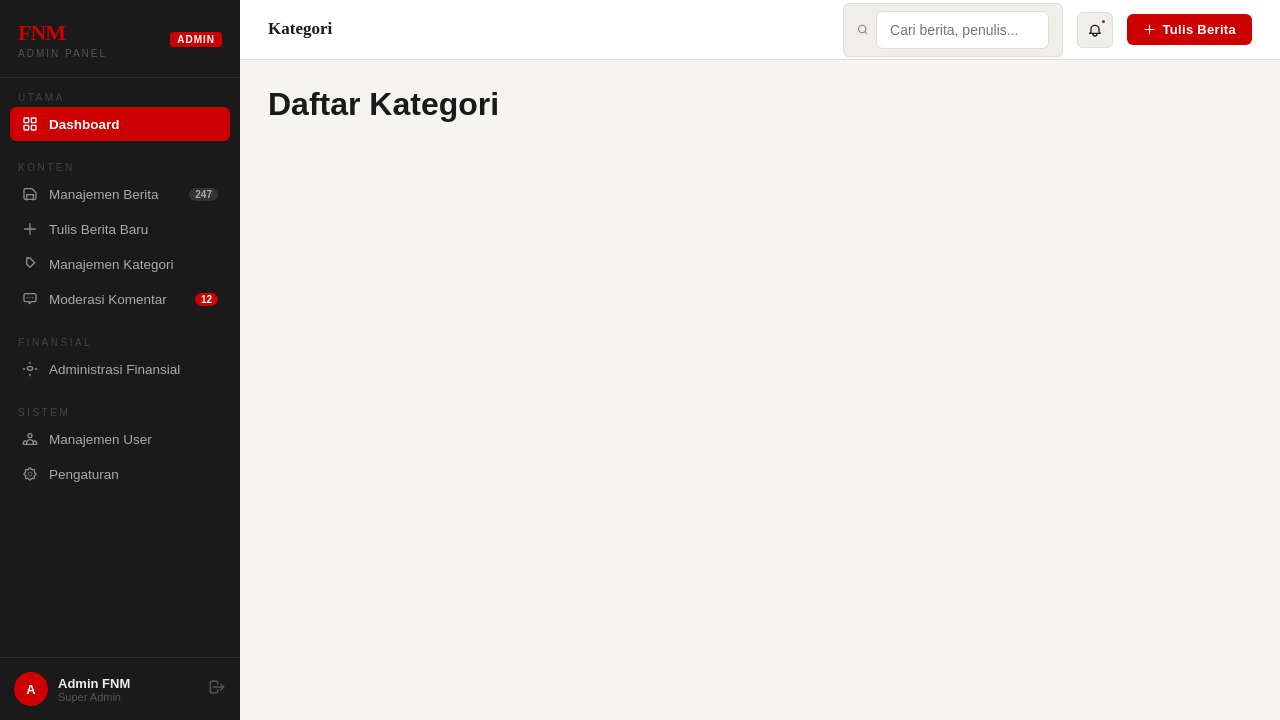
Repository: KrisnaKintaro/fnmtv
Page: http://localhost/admin/categories
These files come from the project's save history. The page is drawn as it stood at one moment and after the next save; the edit follows.
The browser window is 1280 px wide. The pictures show the whole page.
Some web fonts or font styles are not loaded; a fallback is used. The page is served by the project's Laravel application, run on PHP 8.4 with Laravel 12. Other server files are loaded and not shown.

Above is the page before, as saved 2026-03-10 23:43:35.

### routes/web.php
<?php

use Illuminate\Support\Facades\Route;
use App\Http\Controllers\AuthController;
use App\Http\Controllers\DashboardController;
use App\Http\Controllers\NewsController;
use App\Http\Controllers\HomeController;
use App\Http\Controllers\CategoryController;
use App\Http\Controllers\SearchController;
use App\Http\Controllers\AdminNews;
use App\Http\Controllers\AdminCategory;
use App\Http\Controllers\AdminComment;
use App\Http\Controllers\FinanceController;
use App\Http\Controllers\UserController;

// default route removed; home route defined later

// ============================================
// UC-01: LOGIN ADMIN
// ============================================
Route::get('/admin/login', [AuthController::class, 'showLogin'])
    ->name('admin.login')
    ->middleware('guest');

Route::post('/admin/login', [AuthController::class, 'login'])
    ->name('admin.login.post');

Route::post('/admin/logout', [AuthController::class, 'logout'])
    ->name('admin.logout')
    ->middleware('auth');

// ============================================
// ADMIN ROUTES (semua dilindungi auth + isAdmin)
// ============================================
Route::prefix('admin')
    ->name('admin.')
    // middleware removed for demo; add auth/isAdmin later
    ->group(function () {

        // shortcut /admin → dashboard
        Route::get('/', function(){ return redirect()->route('admin.dashboard'); });

        // UC-07: Dashboard Statistik
        Route::get('/dashboard', [DashboardController::class, 'index'])
            ->name('dashboard');

        // UC-02: Manajemen Berita
        Route::resource('news', AdminNews::class);

        // UC-04: Toggle status publikasi (Draft/Published)
        Route::patch('/news/{news}/toggle-status', [AdminNews::class, 'toggleStatus'])
            ->name('news.toggle-status');

        // UC-03: Manajemen Kategori
        Route::resource('categories', AdminCategory::class);

        // UC-06: Moderasi Komentar
        Route::resource('comments', AdminComment::class)->only(['index', 'destroy']);
        Route::patch('/comments/{comment}/approve', [AdminComment::class, 'approve'])
            ->name('comments.approve');

        // UC-05: Administrasi Finansial
        Route::resource('finance', FinanceController::class);
        Route::patch('/finance/{finance}/toggle-payment', [FinanceController::class, 'togglePayment'])
            ->name('finance.toggle-payment');

        // Manajemen User
        Route::resource('users', UserController::class);
    });

// ============================================
// VIEWER / PUBLIC ROUTES
// ============================================

// UC-08: Halaman utama - berita terbaru
Route::get('/', [HomeController::class, 'index'])->name('home');

// UC-09: Navigasi Kategori
Route::get('/kategori/{slug}', [CategoryController::class, 'show'])
    ->name('category.show');

// UC-10: Pencarian Berita
Route::get('/cari', [SearchController::class, 'index'])
    ->name('search');

// UC-11: Berita Trending
Route::get('/trending', [HomeController::class, 'trending'])
    ->name('trending');

// UC-14: Halaman detail berita (view counter dicatat di sini)
Route::get('/berita/{slug}', [NewsController::class, 'show'])
    ->name('news.show');

### app/Http/Controllers/AdminCategory.php
<?php

namespace App\Http\Controllers;

use Illuminate\Http\Request;

class AdminCategory extends Controller
{
    public function index() { return view('admin.categories.index'); }
    public function create() { return ""; }
    public function store(Request $r) { return redirect()->back(); }
    public function show($id) { return redirect()->route('admin.categories.index'); }
    public function edit($id) { return ""; }
    public function update(Request $r, $id) { return redirect()->back(); }
    public function destroy($id) { return redirect()->back(); }
}

### resources/views/admin/categories/index.blade.php
@extends('layouts.master')

@section('title','Manajemen Kategori')
@section('page_title','Kategori')

@section('content')
<div class="page active">
    <h1>Daftar Kategori</h1>
    <!-- tabel kategori -->
</div>
@endsection

### resources/views/layouts/master.blade.php
{{-- resources/views/layouts/master.blade.php --}}
<!DOCTYPE html>
<html lang="id">
<head>
    <meta charset="UTF-8">
    <meta name="viewport" content="width=device-width, initial-scale=1.0">
    <meta name="csrf-token" content="{{ csrf_token() }}">
    <title>FNM — @yield('title', 'Fenomena News Media')</title>

    <link href="https://fonts.googleapis.com/css2?family=Merriweather:wght@400;700;900&family=Source+Sans+3:wght@400;500;600;700&family=JetBrains+Mono:wght@400;500&display=swap" rel="stylesheet">

    {{-- CSS kondisional: admin atau viewer --}}
    @if(request()->is('admin*'))
        <link rel="stylesheet" href="{{ asset('Admin/css/admin.css') }}">
    @else
        <link rel="stylesheet" href="{{ asset('Viewers/css/viewers.css') }}">
    @endif

    {{-- CSS tambahan per halaman --}}
    @stack('styles')
</head>
<body>

    {{-- Layout beda antara admin dan viewer --}}
    @if(request()->is('admin*'))

        {{-- ===== LAYOUT ADMIN ===== --}}
        @include('layouts.partials.admin-sidebar')
        <main class="main">
            @include('layouts.partials.admin-topbar')
            <div class="content">
                @yield('content')
            </div>
        </main>

    @else

        {{-- ===== LAYOUT VIEWER ===== --}}
        @include('layouts.partials.viewer-topstrip')
        @include('layouts.partials.viewer-header')
        @include('layouts.partials.viewer-navbar')
        <main>
            @yield('content')
        </main>
        @include('layouts.partials.viewer-footer')

    @endif

    {{-- JS kondisional --}}
    @if(request()->is('admin*'))
        <script src="{{ asset('Admin/js/admin.js') }}"></script>
    @else
        <script src="{{ asset('Viewers/js/viewers.js') }}"></script>
    @endif

    {{-- JS tambahan per halaman --}}
    @stack('scripts')

</body>
</html>

### resources/views/layouts/partials/admin-sidebar.blade.php
{{-- Admin sidebar menu --}}
<aside class="sidebar" id="sidebar">
  <div class="s-brand">
    <div>
      <div class="s-logo">FNM</div>
      <div class="s-tag">Admin Panel</div>
    </div>
    <div class="s-admin-badge">Admin</div>
  </div>

  <div class="s-section">
    <div class="s-label">Utama</div>
    <a class="s-item active" onclick="showPage('dashboard',this)">
      <svg fill="none" stroke="currentColor" viewBox="0 0 24 24"><rect x="3" y="3" width="7" height="7" rx="1" stroke-width="2"/><rect x="14" y="3" width="7" height="7" rx="1" stroke-width="2"/><rect x="3" y="14" width="7" height="7" rx="1" stroke-width="2"/><rect x="14" y="14" width="7" height="7" rx="1" stroke-width="2"/></svg>
      Dashboard
    </a>
  </div>

  <div class="s-section">
    <div class="s-label">Konten</div>
    <a class="s-item" onclick="showPage('news-list',this)">
      <svg fill="none" stroke="currentColor" viewBox="0 0 24 24"><path stroke-linecap="round" stroke-linejoin="round" stroke-width="2" d="M19 20H5a2 2 0 01-2-2V6a2 2 0 012-2h10l6 6v8a2 2 0 01-2 2z"/><polyline points="17 21 17 13 7 13 7 21" stroke-width="2" stroke-linecap="round"/></svg>
      Manajemen Berita
      <span class="s-badge">247</span>
    </a>
    <a class="s-item" onclick="showPage('write-news',this)">
      <svg fill="none" stroke="currentColor" viewBox="0 0 24 24"><path stroke-linecap="round" stroke-linejoin="round" stroke-width="2" d="M12 4v16m8-8H4"/></svg>
      Tulis Berita Baru
    </a>
    <a class="s-item" onclick="showPage('categories',this)">
      <svg fill="none" stroke="currentColor" viewBox="0 0 24 24"><path stroke-linecap="round" stroke-linejoin="round" stroke-width="2" d="M7 7h.01M7 3h5l7 7-7 7-5-5V3z"/></svg>
      Manajemen Kategori
    </a>
    <a class="s-item" onclick="showPage('comments',this)">
      <svg fill="none" stroke="currentColor" viewBox="0 0 24 24"><path stroke-linecap="round" stroke-linejoin="round" stroke-width="2" d="M8 10h.01M12 10h.01M16 10h.01M9 16H5a2 2 0 01-2-2V6a2 2 0 012-2h14a2 2 0 012 2v8a2 2 0 01-2 2h-5l-3 3v-3z"/></svg>
      Moderasi Komentar
      <span class="s-badge" style="background:var(--red);color:#fff;">12</span>
    </a>
  </div>

  <div class="s-section">
    <div class="s-label">Finansial</div>
    <a class="s-item" onclick="showPage('finance',this)">
      <svg fill="none" stroke="currentColor" viewBox="0 0 24 24"><path stroke-linecap="round" stroke-linejoin="round" stroke-width="2" d="M12 8c-2.21 0-4 1.343-4 3s1.79 3 4 3 4-1.343 4-3-1.79-3-4-3zM12 2v2m0 16v2m10-10h-2M4 12H2"/></svg>
      Administrasi Finansial
    </a>
  </div>

  <div class="s-section">
    <div class="s-label">Sistem</div>
    <a class="s-item" onclick="showPage('users',this)">
      <svg fill="none" stroke="currentColor" viewBox="0 0 24 24"><path stroke-linecap="round" stroke-linejoin="round" stroke-width="2" d="M17 20h5v-2a3 3 0 00-5.356-1.857M17 20H7m10 0v-2c0-.656-.126-1.283-.356-1.857M7 20H2v-2a3 3 0 015.356-1.857M7 20v-2c0-.656.126-1.283.356-1.857m0 0a5.002 5.002 0 019.288 0M15 7a3 3 0 11-6 0 3 3 0 016 0z"/></svg>
      Manajemen User
    </a>
    <a class="s-item" onclick="showPage('settings',this)">
      <svg fill="none" stroke="currentColor" viewBox="0 0 24 24"><path stroke-linecap="round" stroke-linejoin="round" stroke-width="2" d="M10.325 4.317c.426-1.756 2.924-1.756 3.35 0a1.724 1.724 0 002.573 1.066c1.543-.94 3.310.826 2.37 2.37a1.724 1.724 0 001.065 2.572c1.756.426 1.756 2.924 0 3.35a1.724 1.724 0 00-1.066 2.573c.94 1.543-.826 3.310-2.37 2.370a1.724 1.724 0 00-2.572 1.065c-.426 1.756-2.924 1.756-3.35 0a1.724 1.724 0 00-2.573-1.066c-1.543.94-3.310-.826-2.370-2.370a1.724 1.724 0 00-1.065-2.572c-1.756-.426-1.756-2.924 0-3.35a1.724 1.724 0 001.066-2.573c-.94-1.543.826-3.310 2.370-2.370.996.608 2.296.070 2.572-1.065z"/><circle cx="12" cy="12" r="3"/></svg>
      Pengaturan
    </a>
  </div>

  <div class="s-footer">
    <div class="s-avatar">A</div>
    <div>
      <div class="s-uname">Admin FNM</div>
      <div class="s-urole">Super Admin</div>
    </div>
    <div class="s-logout" onclick="doLogout()" title="Keluar">
      <svg width="18" height="18" fill="none" stroke="currentColor" viewBox="0 0 24 24"><path stroke-linecap="round" stroke-linejoin="round" stroke-width="2" d="M17 16l4-4m0 0l-4-4m4 4H7m6 4v1a3 3 0 01-3 3H6a3 3 0 01-3-3V7a3 3 0 013-3h4a3 3 0 013 3v1"/></svg>
    </div>
  </div>
</aside>

### resources/views/layouts/partials/admin-topbar.blade.php
{{-- Topbar shown in admin area --}}
<header class="topbar">
  <div style="flex:1">
    <div class="tb-title" id="tbTitle">@yield('page_title', 'Dashboard')</div>
    <div class="tb-breadcrumb" id="tbCrumb">@yield('breadcrumb')</div>
  </div>
  <div class="search-wrap">
    <svg width="13" height="13" fill="none" stroke="#7a7570" viewBox="0 0 24 24"><circle cx="11" cy="11" r="8" stroke-width="2"/><path d="m21 21-4.35-4.35" stroke-linecap="round" stroke-width="2"/></svg>
    <input type="text" placeholder="Cari berita, penulis...">
  </div>
  <div style="position:relative;">
    <div class="tb-icon" onclick="toggleNotif()">
      <svg width="16" height="16" fill="none" stroke="currentColor" viewBox="0 0 24 24"><path stroke-linecap="round" stroke-linejoin="round" stroke-width="2" d="M15 17h5l-1.405-1.405A2.032 2.032 0 0118 14.158V11a6 6 0 10-12 0v3.159c0 .538-.214 1.055-.595 1.436L4 17h5m6 0v1a3 3 0 11-6 0v-1m6 0H9"/></svg>
      <div class="tb-dot"></div>
    </div>
    <div class="notif-panel" id="notifPanel">
      <div class="notif-head">Notifikasi <span style="color:var(--red);">(3)</span></div>
      <div class="notif-item"><div class="notif-ico">💬</div><div class="notif-txt"><div class="notif-msg">12 komentar baru perlu dimoderasi</div><div class="notif-t">5 menit lalu</div></div></div>
      <div class="notif-item"><div class="notif-ico">📋</div><div class="notif-txt"><div class="notif-msg">3 artikel menunggu review editor</div><div class="notif-t">1 jam lalu</div></div></div>
      <div class="notif-item"><div class="notif-ico">💰</div><div class="notif-txt"><div class="notif-msg">Tagihan baru: Rp 500.000 belum dibayar</div><div class="notif-t">2 jam lalu</div></div></div>
    </div>
  </div>
  <button class="btn btn-red" onclick="showPage('write-news', null)">
    <svg width="13" height="13" fill="none" stroke="currentColor" viewBox="0 0 24 24"><path stroke-linecap="round" stroke-linejoin="round" stroke-width="2" d="M12 4v16m8-8H4"/></svg>
    Tulis Berita
  </button>
</header>

Loaded but not shown: app/Http/Controllers/Controller.php (common file); public/Admin/js/admin.js (89 lines, source omitted); public/Admin/css/admin.css (327 lines, source omitted)

After the next save:
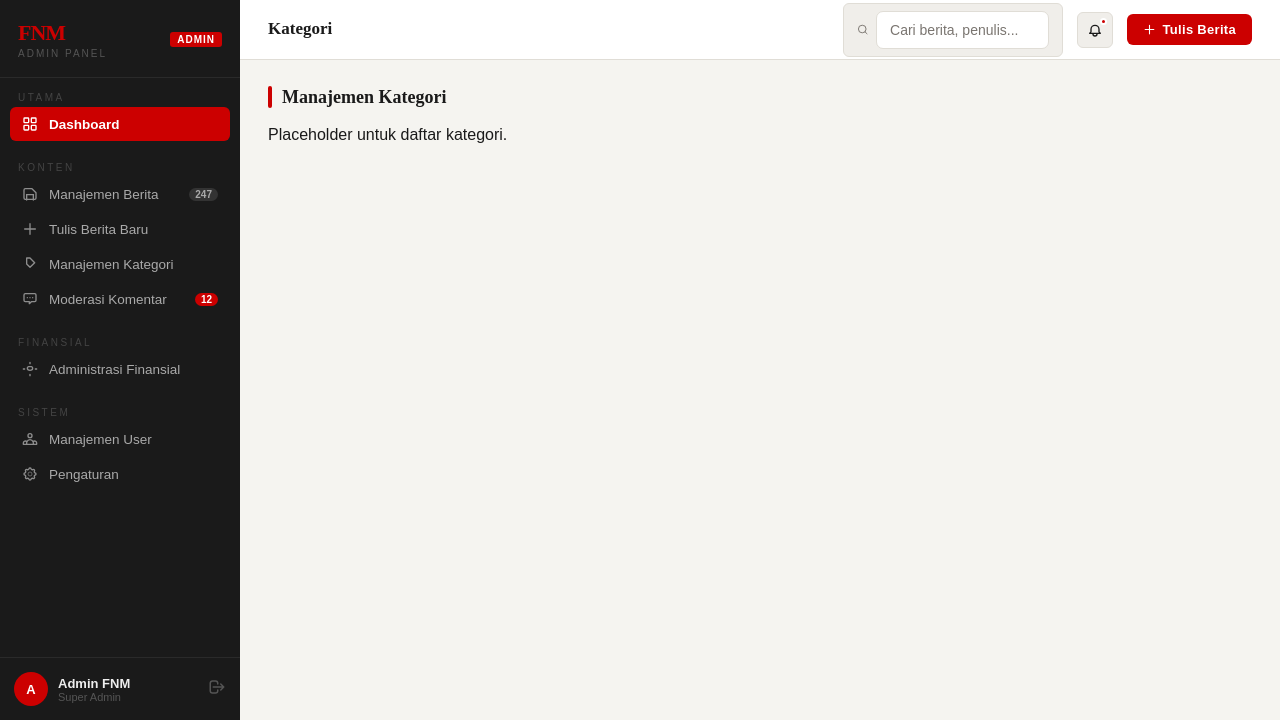
Saved 19 s later.
--- a/resources/views/admin/categories/index.blade.php
+++ b/resources/views/admin/categories/index.blade.php
@@ -4,8 +4,8 @@
 @section('page_title','Kategori')
 
 @section('content')
-<div class="page active">
-    <h1>Daftar Kategori</h1>
-    <!-- tabel kategori -->
+<div id="page-categories" class="page active">
+    <div class="section-title">Manajemen Kategori</div>
+    <p>Placeholder untuk daftar kategori.</p>
 </div>
 @endsection
